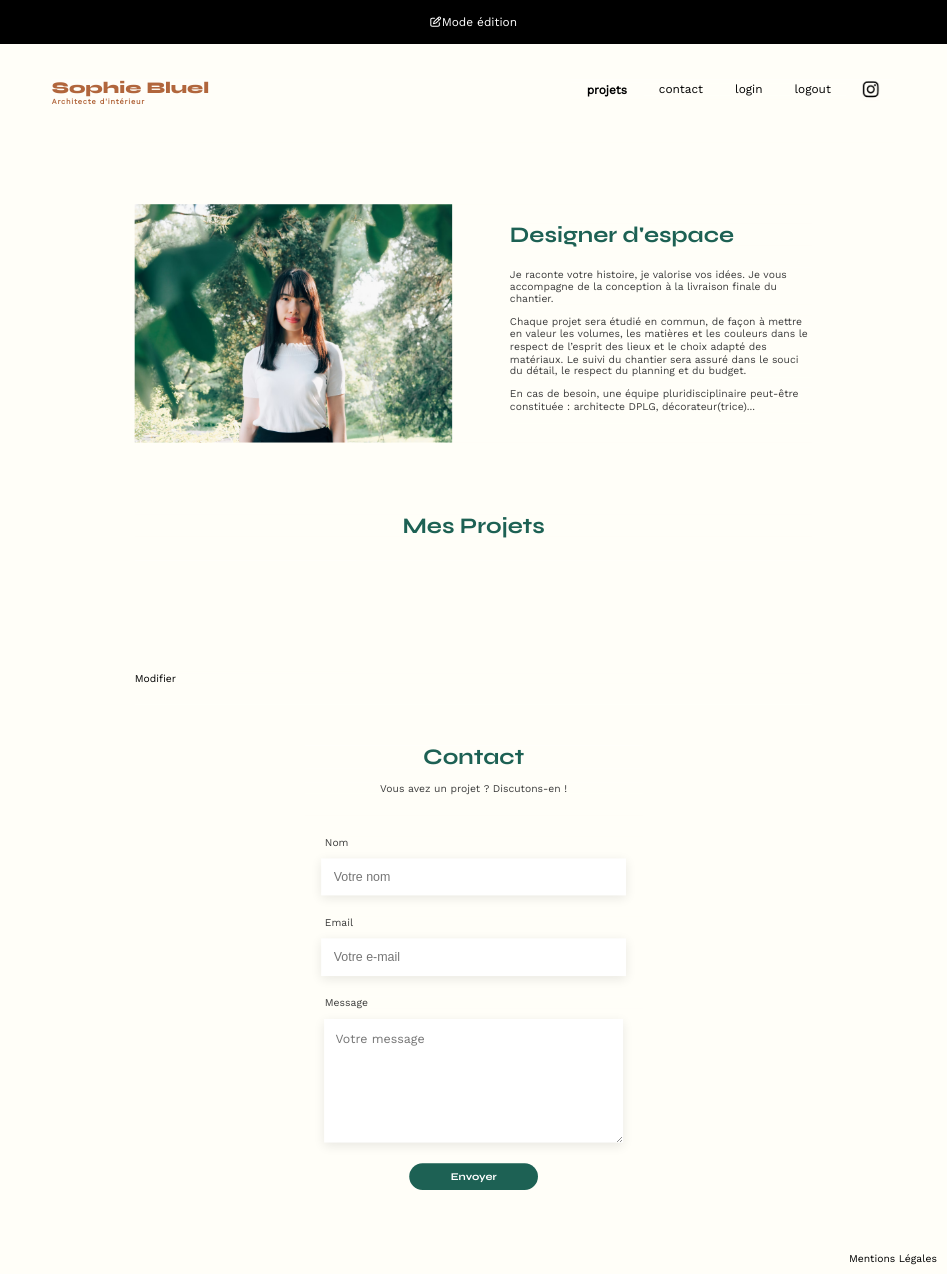
Repository: BlueSoley23/openclassrooms
Page: FrontEnd/index.html
These files come from the project's save history. The page is drawn as it stood at one moment and after the next save; the edit follows.
The browser window is 1280 px wide. The pictures show the whole page, at 74% of full size.
The page's requests for data from a server got no answer.

Above is the page before, as saved 2023-12-19 03:26:38.
Console error: TypeError: categories is not iterable

After the next save:
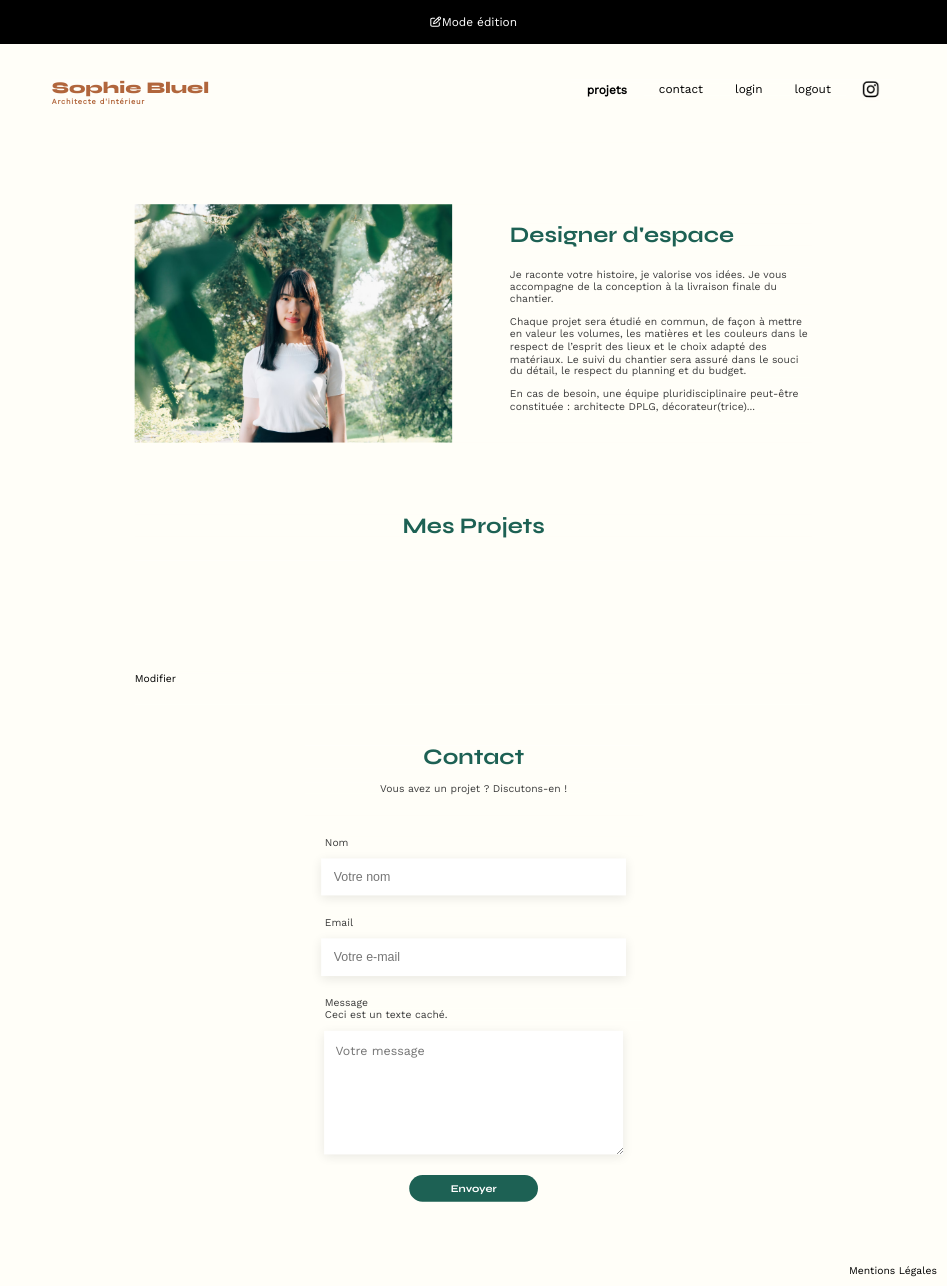
Saved 88 s later.
--- a/FrontEnd/index.html
+++ b/FrontEnd/index.html
@@ -212,7 +212,7 @@
 					placeholder="Votre e-mail">
 
 				<!-- Message -->
-				<label for="message" class="contact__form--label form__label">Message</label>
+				<label for="message" class="contact__form--label form__label">Message<div class="hidden">Ceci est un texte caché.</div></label>
 				<textarea name="message" id="message" cols="30" rows="10" class="contact__form--textaera"
 					placeholder="  Votre message"></textarea>
 
